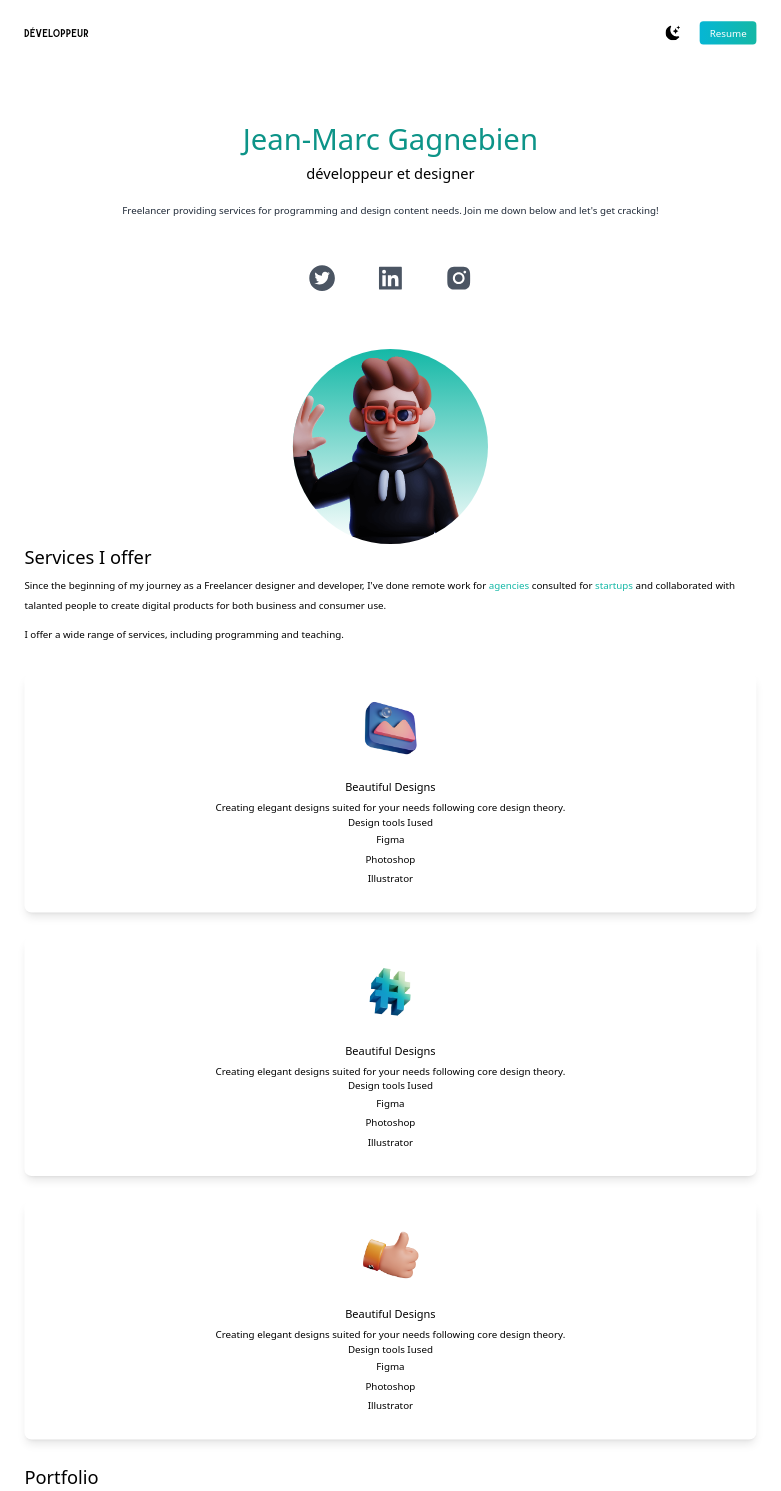
Repository: Jean-MarcG/portfoli_next
Page: /
These files come from the project's save history. The page is drawn as it stood at one moment and after the next save; the edit follows.
The browser window is 1280 px wide. The pictures show the whole page, at 61% of full size.
The project was rebuilt for these pictures with package versions that can differ from the ones it lists, and the page was loaded fresh each time. The framework's server and built-in components were replaced by stand-ins that run in the browser. Also part of the build but not shown: next.config.js.

Above is the page before, as saved 2023-04-03 11:17:34.

After the next save:
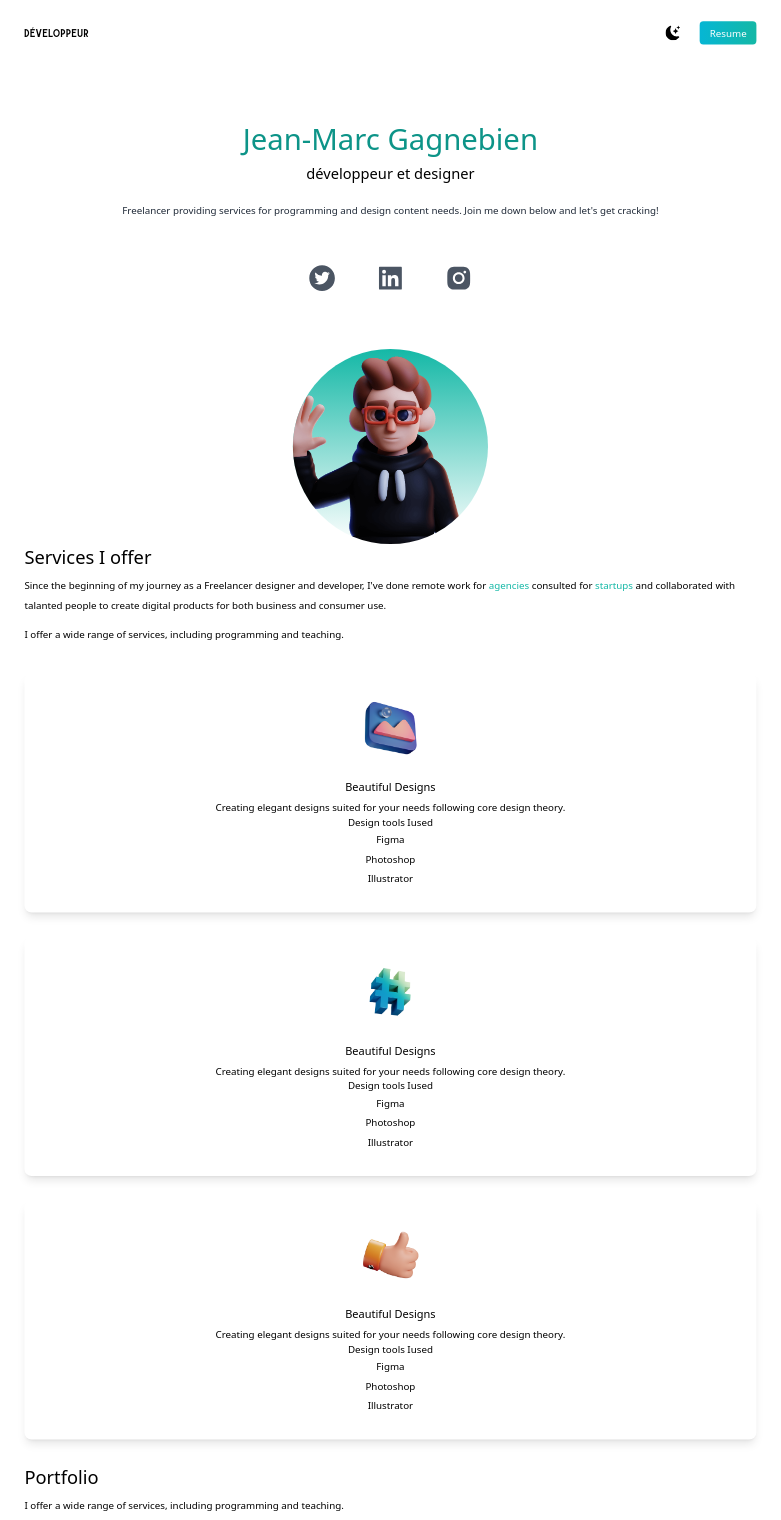
Saved 32 s later.
--- a/pages/index.js
+++ b/pages/index.js
@@ -84,18 +84,21 @@
             <div className='text-center shadow-lg p-10 rounded-xl my-10'>
               <Image className='m-auto' src={consulting} alt='image design' width={100} height={100} />
               <h3 className='text-lg font-medium pt-8 pb-2'>Beautiful Designs</h3>
-              <p>
-                Creating elegant designs suited for your needs following core design theory.
-              </p>
-              <h4>Design tools Iused</h4>
-              <p className='text-grey-800 py-1'>Figma</p>
-              <p className='text-grey-800 py-1'>Photoshop</p>
-              <p className='text-grey-800 py-1'>Illustrator</p>
+                <p>
+                  Creating elegant designs suited for your needs following core design theory.
+                </p>
+                <h4>Design tools Iused</h4>
+                <p className='text-grey-800 py-1'>Figma</p>
+                <p className='text-grey-800 py-1'>Photoshop</p>
+                <p className='text-grey-800 py-1'>Illustrator</p>
             </div>
         </section>
         <section>
           <div>
             <h3 className='text-3xl py-1'>Portfolio</h3>
+              <p className='text-md py-2 leading-8 text-gray-80'>
+                I offer a wide range of services, including programming and teaching.
+              </p>
           </div>
         </section>
       </main>
